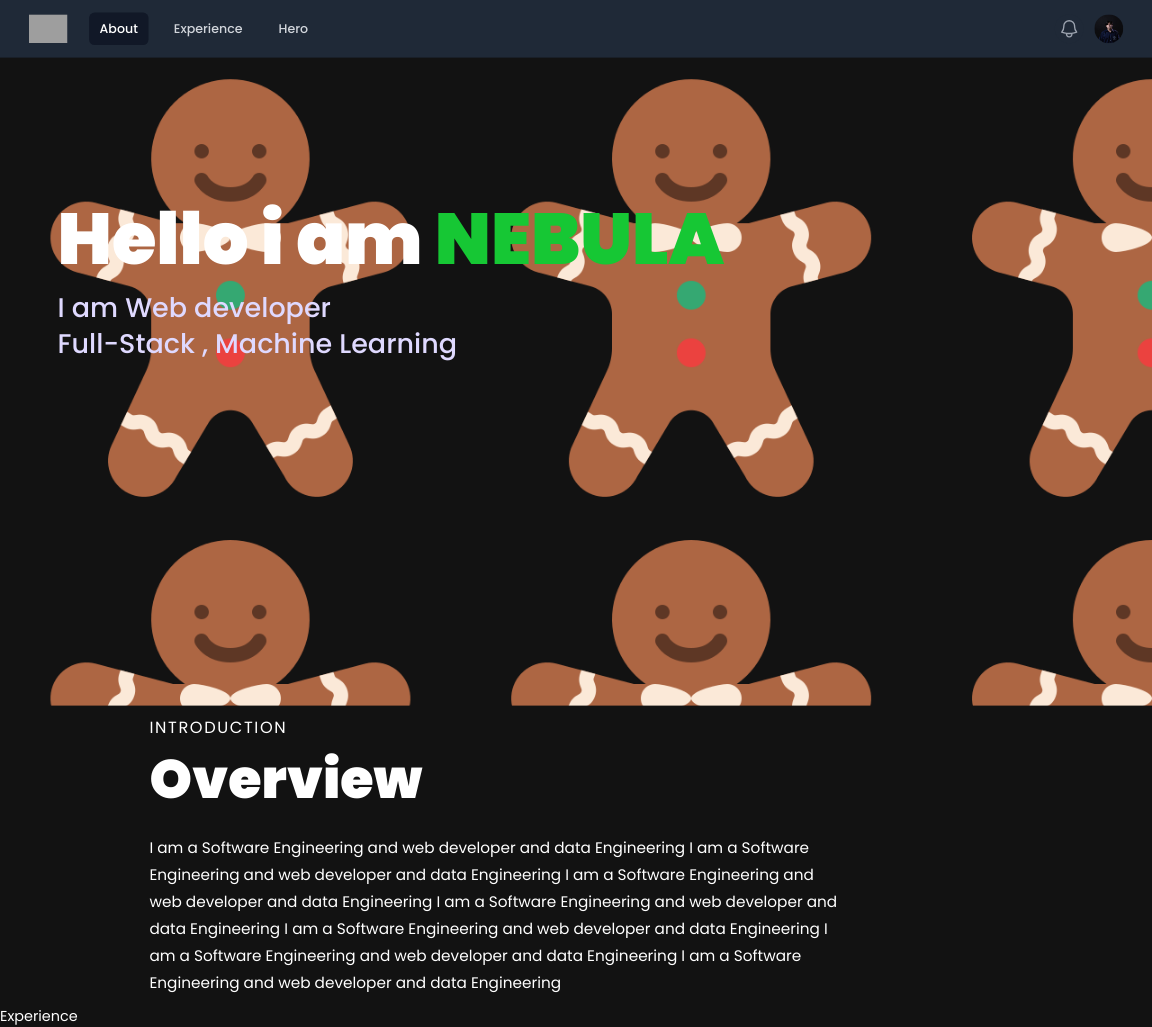
Repository: supakorn5039-boon/React-f
Page: /
These files come from the project's save history. The page is drawn as it stood at one moment and after the next save; the edit follows.
The browser window is 1280 px wide. The pictures show the whole page, at 90% of full size.
Pictures or frames that could not be fetched are drawn as grey boxes. The project was rebuilt for these pictures with package versions that can differ from the ones it lists, and the page was loaded fresh each time. Also part of the build but not shown: vite.config.js.

Above is the page before, as saved 2024-01-09 21:46:49.

### src/App.jsx
import Hero from "./components/Hero";
import About from "./components/About";
import Experience from "./components/Experience";
import Navbar from "./components/Navbar";

export default function App() {
  return (
    <div>
      <Navbar />
      <Hero />
      <About />
      <Experience />
    </div>
  );
}

### src/index.css
@import url("https://fonts.googleapis.com/css2?family=Poppins:wght@100;200;300;400;500;600;700;800;900&display=swap");

@tailwind base;
@tailwind components;
@tailwind utilities;

* {
  margin: 0;
  padding: 0;
  box-sizing: border-box;
  font-family: "Poppins", sans-serif;
  scroll-behavior: smooth;
  color-scheme: dark;
}
.bg-boon {
  background-image: url("./assets/gingerbread-man.png");
}
.section {
  position: absolute;
  inset: 0;
  top: 120px;
  max-width: 7xl;
  margin: 0 auto;
  padding-left: 6rem;
  padding-right: 6rem;
  display: flex;
  flex-direction: row;
  align-items: flex-start;
  gap: 1.25rem; /* This corresponds to 5 units in "rem" */
}
.heroHeadText {
  font-weight: 900;
  color: white;
  font-size: 80px;
  line-height: 98px;
  margin-top: 2rem;
}

@media (max-width: 1023px) {
  .heroHeadText {
    font-size: 60px;
  }
}

@media (max-width: 767px) {
  .heroHeadText {
    font-size: 50px;
  }
}

@media (max-width: 575px) {
  .heroHeadText {
    font-size: 40px;
  }
}

.heroSubText {
  font-weight: 500;
  color: #dfd9ff;
  font-size: 30px;
  line-height: 40px;
}

@media (max-width: 1023px) {
  .heroSubText {
    font-size: 26px;
  }
}

@media (max-width: 767px) {
  .heroSubText {
    font-size: 20px;
  }
}

@media (max-width: 575px) {
  .heroSubText {
    font-size: 16px;
  }
}

.sectionHeadText {
  color: white;
  font-weight: 900;
  font-size: 60px;
}

@media (max-width: 767px) {
  .sectionHeadText {
    font-size: 50px;
  }
}

@media (max-width: 575px) {
  .sectionHeadText {
    font-size: 40px;
  }
}

.sectionSubText {
  font-size: 18px;
  text-transform: uppercase;
  letter-spacing: 0.1em;
  color: var(--text-secondary);
}

@media (max-width: 767px) {
  .sectionSubText {
    font-size: 18px;
  }
}

.about-head {
  padding: 10px 6px; /* Default padding values */
  max-width: calc(100% - 20rem); /* Adjust the value according to your needs */
  margin: 0 auto;
  position: relative;
  z-index: 0;
}

@media (min-width: 640px) {
  .myElement {
    padding: 16px 6px; /* Updated padding for sm screen size */
  }
}

.about-text {
  margin-top: 1rem; /* Equivalent to mt-4 */
  color: white; /* Assuming --text-secondary is defined */
  font-size: 17px;
  max-width: 48rem; /* Equivalent to max-w-3xl */
  line-height: 1.875rem; /* Equivalent to leading-[30px] */
}

### src/components/Hero.jsx
export default function Hero() {
  return (
    <section className="relative w-full h-screen mx-auto bg-boon">
      <div className="absolute inset-0 top-[120px] mx-w-7xl mx-auto sm:px-16 px-6 flex flex-auto">
        <div>
          <h1 className="heroHeadText">
            Hello i am <span className="text-[#16c734]">NEBULA</span>
          </h1>
          <p className="heroSubText mt-2 text-white-100">
            I am Web developer <br />
            Full-Stack , Machine Learning
          </p>
        </div>
      </div>
    </section>
  );
}

### src/components/About.jsx
const About = () => {
  return (
    <div className="about-head">
      <div className="sectionSubText">Introduction</div>
      <h2 className="sectionHeadText">Overview</h2>
      <div className="about-text">
        I am a Software Engineering and web developer and data Engineering I am
        a Software Engineering and web developer and data Engineering I am a
        Software Engineering and web developer and data Engineering I am a
        Software Engineering and web developer and data Engineering I am a
        Software Engineering and web developer and data Engineering I am a
        Software Engineering and web developer and data Engineering I am a
        Software Engineering and web developer and data Engineering
      </div>
    </div>
  );
};

export default About;

### src/components/Navbar.jsx
import { Fragment } from "react";
import { Disclosure, Menu, Transition } from "@headlessui/react";
import { Bars3Icon, BellIcon, XMarkIcon } from "@heroicons/react/24/outline";
import boon from "../assets/Photo.jpg";
const navigation = [
  { name: "About", href: "#about", current: true },
  { name: "Experience", href: "#experience", current: false },
  { name: "Hero", href: "#hero", current: false },
];

function classNames(...classes) {
  return classes.filter(Boolean).join(" ");
}

export default function Navbar() {
  return (
    <Disclosure as="nav" className="bg-gray-800">
      {({ open }) => (
        <>
          <div className="mx-auto max-w-7xl px-2 sm:px-6 lg:px-8">
            <div className="relative flex h-16 items-center justify-between">
              <div className="absolute inset-y-0 left-0 flex items-center sm:hidden">
                {/* Mobile menu button*/}
                <Disclosure.Button className="relative inline-flex items-center justify-center rounded-md p-2 text-gray-400 hover:bg-gray-700 hover:text-white focus:outline-none focus:ring-2 focus:ring-inset focus:ring-white">
                  <span className="absolute -inset-0.5" />
                  <span className="sr-only">Open main menu</span>
                  {open ? (
                    <XMarkIcon className="block h-6 w-6" aria-hidden="true" />
                  ) : (
                    <Bars3Icon className="block h-6 w-6" aria-hidden="true" />
                  )}
                </Disclosure.Button>
              </div>
              <div className="flex flex-1 items-center justify-center sm:items-stretch sm:justify-start">
                <div className="flex flex-shrink-0 items-center">
                  <img
                    className="h-8 w-auto"
                    src="https://tailwindui.com/img/logos/mark.svg?color=indigo&shade=500"
                    alt="Your Company"
                  />
                </div>
                <div className="hidden sm:ml-6 sm:block">
                  <div className="flex space-x-4">
                    {navigation.map((item) => (
                      <a
                        key={item.name}
                        href={item.href}
                        className={classNames(
                          item.current
                            ? "bg-gray-900 text-white"
                            : "text-gray-300 hover:bg-gray-700 hover:text-white",
                          "rounded-md px-3 py-2 text-sm font-medium"
                        )}
                        aria-current={item.current ? "page" : undefined}
                      >
                        {item.name}
                      </a>
                    ))}
                  </div>
                </div>
              </div>
              <div className="absolute inset-y-0 right-0 flex items-center pr-2 sm:static sm:inset-auto sm:ml-6 sm:pr-0">
                <button
                  type="button"
                  className="relative rounded-full bg-gray-800 p-1 text-gray-400 hover:text-white focus:outline-none focus:ring-2 focus:ring-white focus:ring-offset-2 focus:ring-offset-gray-800"
                >
                  <span className="absolute -inset-1.5" />
                  <span className="sr-only">View notifications</span>
                  <BellIcon className="h-6 w-6" aria-hidden="true" />
                </button>

                {/* Profile dropdown */}
                <Menu as="div" className="relative ml-3">
                  <div>
                    <Menu.Button className="relative flex rounded-full bg-gray-800 text-sm focus:outline-none focus:ring-2 focus:ring-white focus:ring-offset-2 focus:ring-offset-gray-800">
                      <span className="absolute -inset-1.5" />
                      <span className="sr-only">Open user menu</span>
                      <img className="h-8 w-8 rounded-full" src={boon} alt="" />
                    </Menu.Button>
                  </div>
                  <Transition
                    as={Fragment}
                    enter="transition ease-out duration-100"
                    enterFrom="transform opacity-0 scale-95"
                    enterTo="transform opacity-100 scale-100"
                    leave="transition ease-in duration-75"
                    leaveFrom="transform opacity-100 scale-100"
                    leaveTo="transform opacity-0 scale-95"
                  >
                    <Menu.Items className="absolute right-0 z-10 mt-2 w-48 origin-top-right rounded-md bg-white py-1 shadow-lg ring-1 ring-black ring-opacity-5 focus:outline-none">
                      <Menu.Item>
                        {({ active }) => (
                          <a
                            href="#"
                            className={classNames(
                              active ? "bg-gray-100" : "",
                              "block px-4 py-2 text-sm text-gray-700"
                            )}
                          >
                            Your Profile
                          </a>
                        )}
                      </Menu.Item>
                      <Menu.Item>
                        {({ active }) => (
                          <a
                            href="#"
                            className={classNames(
                              active ? "bg-gray-100" : "",
                              "block px-4 py-2 text-sm text-gray-700"
                            )}
                          >
                            Settings
                          </a>
                        )}
                      </Menu.Item>
                      <Menu.Item>
                        {({ active }) => (
                          <a
                            href="#"
                            className={classNames(
                              active ? "bg-gray-100" : "",
                              "block px-4 py-2 text-sm text-gray-700"
                            )}
                          >
                            Sign out
                          </a>
                        )}
                      </Menu.Item>
                    </Menu.Items>
                  </Transition>
                </Menu>
              </div>
            </div>
          </div>

          <Disclosure.Panel className="sm:hidden">
            <div className="space-y-1 px-2 pb-3 pt-2">
              {navigation.map((item) => (
                <Disclosure.Button
                  key={item.name}
                  as="a"
                  href={item.href}
                  className={classNames(
                    item.current
                      ? "bg-gray-900 text-white"
                      : "text-gray-300 hover:bg-gray-700 hover:text-white",
                    "block rounded-md px-3 py-2 text-base font-medium"
                  )}
                  aria-current={item.current ? "page" : undefined}
                >
                  {item.name}
                </Disclosure.Button>
              ))}
            </div>
          </Disclosure.Panel>
        </>
      )}
    </Disclosure>
  );
}

Loaded but not shown: index.html (common file); src/main.jsx (common file); src/components/Experience.jsx (common file); tailwind.config.js (common file)

After the next save:
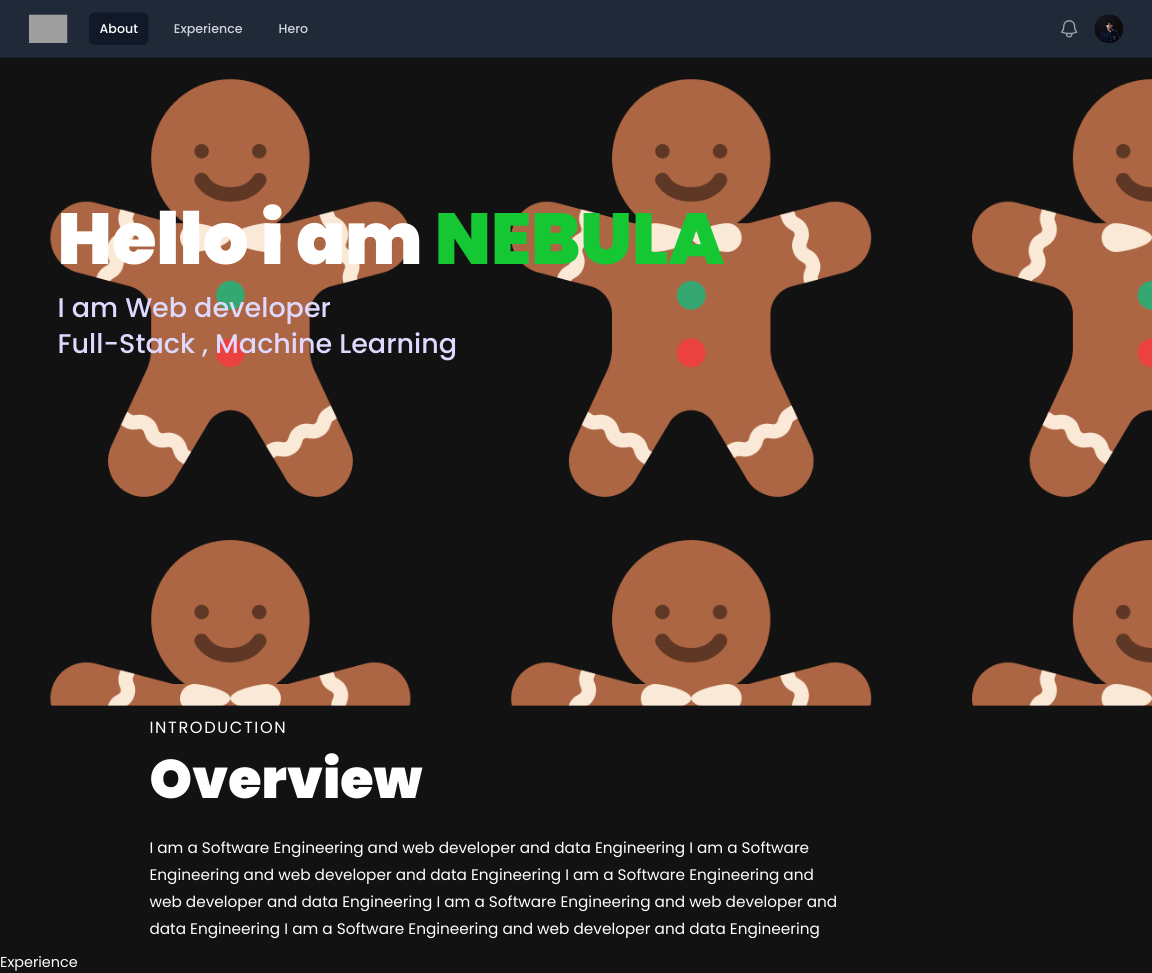
Saved 34 s later.
--- a/src/components/About.jsx
+++ b/src/components/About.jsx
@@ -8,9 +8,7 @@ const About = () => {
         a Software Engineering and web developer and data Engineering I am a
         Software Engineering and web developer and data Engineering I am a
         Software Engineering and web developer and data Engineering I am a
-        Software Engineering and web developer and data Engineering I am a
-        Software Engineering and web developer and data Engineering I am a
-        Software Engineering and web developer and data Engineering
+        Software Engineering and web developer and data Engineering{" "}
       </div>
     </div>
   );
